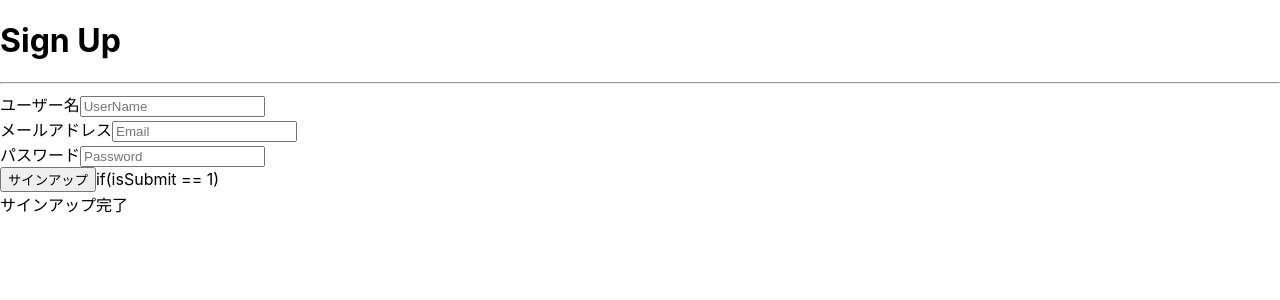
Repository: tosaken1116/Backs-of-seniors-hackathon
Page: /components/SignUpModal
The author's editor kept a copy of each file at every save. The page is drawn from the files as they stood at one save, then again after the next save.
The browser window is 1280 px wide. The pictures show the whole page.
The project was rebuilt for these pictures with package versions that can differ from the ones it lists, and the page was loaded fresh each time. The framework's server and built-in components were replaced by stand-ins that run in the browser. Also part of the build but not shown: next.config.js.

Above is the page before, as saved 2022-07-16 17:45:01.

### pages/_document.js
import Document, { Head, Html, Main, NextScript } from 'next/document'

class MyDocument extends Document {
  render() {
    return (
      <Html>
        <Head>
          <link
            href="https://fonts.googleapis.com/css2?family=Inter&display=optional"
            rel="stylesheet"
          />
        </Head>
        <body>
          <Main />
          <NextScript />
        </body>
      </Html>
    )
  }
}

export default MyDocument

### pages/components/SignUpModal.tsx
import { off } from "process";
import { useState } from "react";
export default function SignInModal() {
    type loginElement = {
        username: string;
        email: string;
        password: string;
    };
    let initialValues = { username: "", email: "", password: "" };
    const [formValues, setFormValues] = useState<loginElement>(initialValues);
    const [formErrors, setFormErrors] = useState<loginElement>(initialValues);
    const [isSubmit, setIsSubmit] = useState(false);

    const handleChange = (event) => {
        // console.log(event.target.value);
        const { name, value } = event.target;
        setFormValues({ ...formValues, [name]: value });
    };

    const handleSubmit = (event) => {
        event.preventDefault();
        //ログイン情報の送信
        //バリデーションチェック
        {
            /*setFormErrors(validate(formValues));
        console.log(formErrors);*/
        }
        setIsSubmit(true);
    };

    {
        /*const validate = (values) => {
        const errors: loginElement = initialValues;
        if (!values.username) {
            errors.username = "ユーザー名を入力してください";
        }
        if (!values.email) {
            errors.email = "メールアドレスを入力してください";
        }
        if (!values.password) {
            errors.password = "パスワードを入力してください";
        } else if (values.password.length < 4) {
            errors.password =
                "4文字以上15文字以下のパスワードを入力してください";
        } else if (values.password.length > 15) {
            errors.password =
                "4文字以上15文字以下のパスワードを入力してください";
        }
        // console.log(errors);
        return errors;
    };*/
    }

    return (
        <div className="formcontainer">
            <form onSubmit={(event) => handleSubmit(event)}>
                <h1>Sign Up</h1>
                <hr />
                <div className="uiForm">
                    <div className="formField">
                        <label>ユーザー名</label>
                        <input
                            type="text"
                            placeholder="UserName"
                            name="username"
                            required
                            onChange={(event) => handleChange(event)}
                        />
                        {/* <div>{formErrors.username}</div> */}
                    </div>
                    {/* <p className="errormsg">{formErrors.username}</p> */}
                    <div className="formField">
                        <label>メールアドレス</label>
                        <input
                            type="text"
                            placeholder="Email"
                            name="email"
                            required
                            onChange={(event) => handleChange(event)}
                        />
                        {/* <div>{formErrors.email}</div> */}
                    </div>
                    {/* <p className="errormsg">{formErrors.email}</p> */}
                    <div className="formField">
                        <label>パスワード</label>
                        <input
                            type="password"
                            placeholder="Password"
                            name="password"
                            required
                            onChange={(event) => handleChange(event)}
                        />
                    </div>
                    {/* <div>{formErrors.password}</div> */}
                    {/* <p className="errormsg">{formErrors.password}</p> */}
                    <button className="SubmitButton" type="submit">
                        サインアップ
                    </button>
                    if(isSubmit == 1){<div>サインアップ完了</div>}
                    {/* {Object.keys isSubmit && ( <div>サインアップ完了</div>)}*/}
                </div>
            </form>
        </div>
    );
}

Loaded but not shown: pages/_app.js (common file); styles/globals.css (common file)

After the next save:
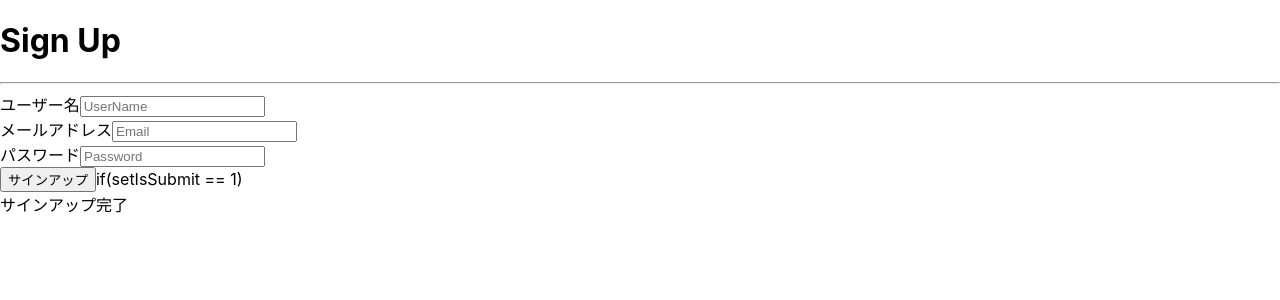
Saved 25 s later.
--- a/pages/components/SignUpModal.tsx
+++ b/pages/components/SignUpModal.tsx
@@ -96,7 +96,7 @@ export default function SignInModal() {
                     <button className="SubmitButton" type="submit">
                         サインアップ
                     </button>
-                    if(isSubmit == 1){<div>サインアップ完了</div>}
+                    if(setIsSubmit == 1){<div>サインアップ完了</div>}
                     {/* {Object.keys isSubmit && ( <div>サインアップ完了</div>)}*/}
                 </div>
             </form>
